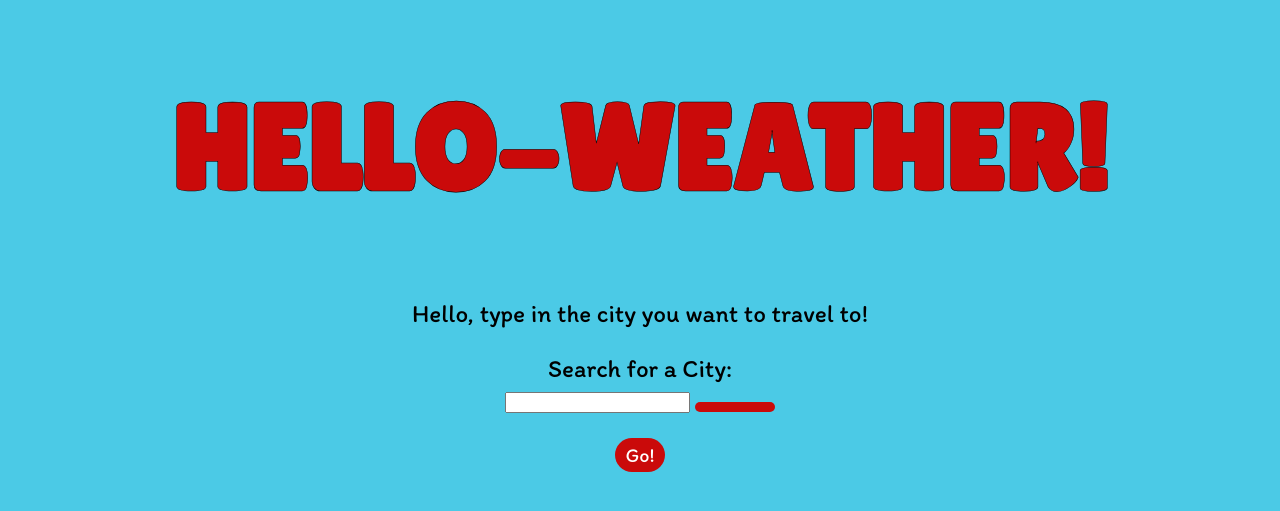
Repository: Jazinha/Hello-kitty-weather
Page: index.html
The author's editor kept a copy of each file at every save. The page is drawn from the files as they stood at one save, then again after the next save.
The browser window is 1280 px wide. The pictures show the whole page.

Above is the page before, as saved 2023-02-04 16:59:00.

### index.html
<!DOCTYPE html>
<html>
    <head>
        <title>Hello-Weather!</title>
        <meta charset="utf-8">
        <link rel="stylesheet" href="style.css">
        <link rel="preconnect" href="https://fonts.googleapis.com">
<link rel="preconnect" href="https://fonts.gstatic.com" crossorigin>
<link href="https://fonts.googleapis.com/css2?family=Itim&family=Lilita+One&display=swap" rel="stylesheet">
    </head>
    <body>
        <div class="container">
            <div id="home" class="flex-column flex-center"></div>
            <h1>HELLO-WEATHER!</h1>
            <p>Hello, type in the city you want to travel to!</p>
            <div id="content-left" class="col-md-3">
                <form>
                    <label for="search-city">Search for a City:</label>
                    <div class="form-row">
                        <input id="search-city" class="form-control" name="city" value=""></input>
                        <!-- fontawesome magnifying glass -->
                        <button id="search-button" class="btn btn-primary" type="submit"></button>
                    </div>
                </form>
                <div id="search-error"></div>
                <!-- list of prior searched cities -->
                <ul id="city-results" class="list-group mt-4"></ul>
                <!-- clear storage button -->
                <a id="clear-storage" href="#"></a>
            </div>
            <a href="forecast.html" class="btn">Go! </a></div>
        </div>

    </body>
</html>

### style.css
body {
    background-color: rgb(75, 202, 230);
    font-size: 25px;
    font-family: 'Itim', cursive;;
}

.container {
    text-align: center;
    justify-content: center;
}

h1 {
    font-size: 120px;
    font-family: 'Lilita One', cursive;
    color: rgb(202, 10, 10);
    -webkit-text-stroke: .5px black;
}

#initial {
    font-family: 'Lilita One', cursive;
    width: 190px;
}

.btn {
    border: 0;
    padding: 5px 10px;
    font-size: 20px;
    background-color:rgb(202, 10, 10);
    width: 80px;
    border-radius: 20px;
    color: #ffffff;
    text-align: center;
    text-decoration: none;
}


.btn:hover {
    background-color: rgb(217, 75, 98);
  }

After the next save:
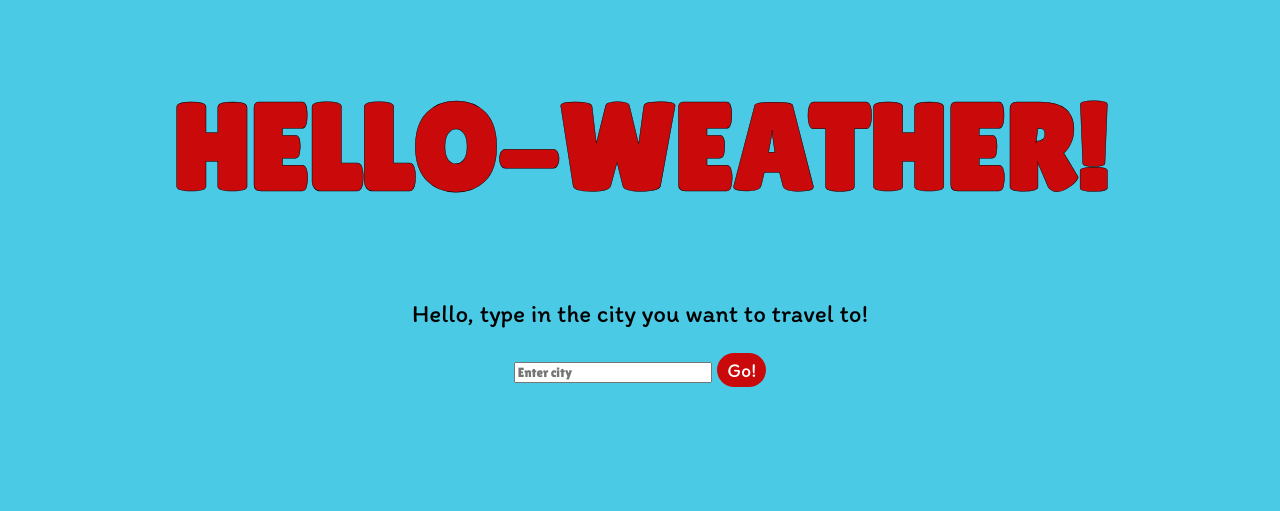
Saved 78 s later.
--- a/index.html
+++ b/index.html
@@ -13,21 +13,7 @@
             <div id="home" class="flex-column flex-center"></div>
             <h1>HELLO-WEATHER!</h1>
             <p>Hello, type in the city you want to travel to!</p>
-            <div id="content-left" class="col-md-3">
-                <form>
-                    <label for="search-city">Search for a City:</label>
-                    <div class="form-row">
-                        <input id="search-city" class="form-control" name="city" value=""></input>
-                        <!-- fontawesome magnifying glass -->
-                        <button id="search-button" class="btn btn-primary" type="submit"></button>
-                    </div>
-                </form>
-                <div id="search-error"></div>
-                <!-- list of prior searched cities -->
-                <ul id="city-results" class="list-group mt-4"></ul>
-                <!-- clear storage button -->
-                <a id="clear-storage" href="#"></a>
-            </div>
+            <input id="initial" type="text" placeholder="Enter city">
             <a href="forecast.html" class="btn">Go! </a></div>
         </div>
 
